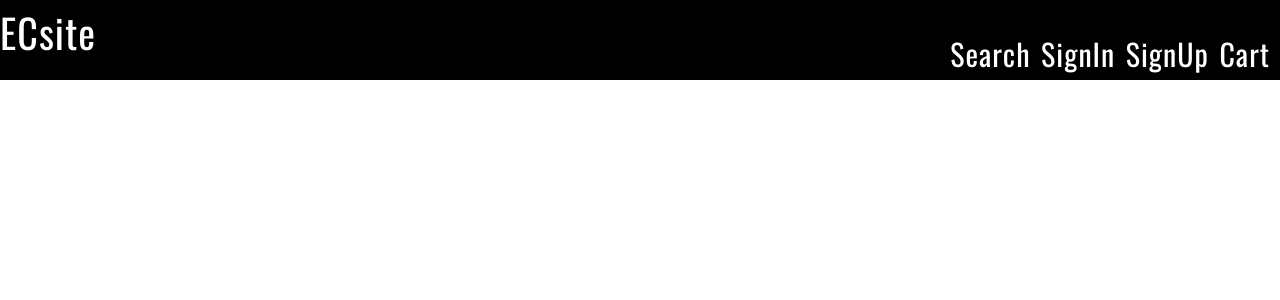
Repository: Kazuho-Komagamine/ecsite
Page: http://localhost/ecsite/header.jsp
The author's editor kept a copy of each file at every save. The page is drawn from the files as they stood at one save, then again after the next save.
The browser window is 1280 px wide. The pictures show the whole page.
The page is served by Tomcat 9. Nobody is signed in. The application's start-up code is not run.

Above is the page before, as saved 2018-07-19 08:36:31.

After the next save:
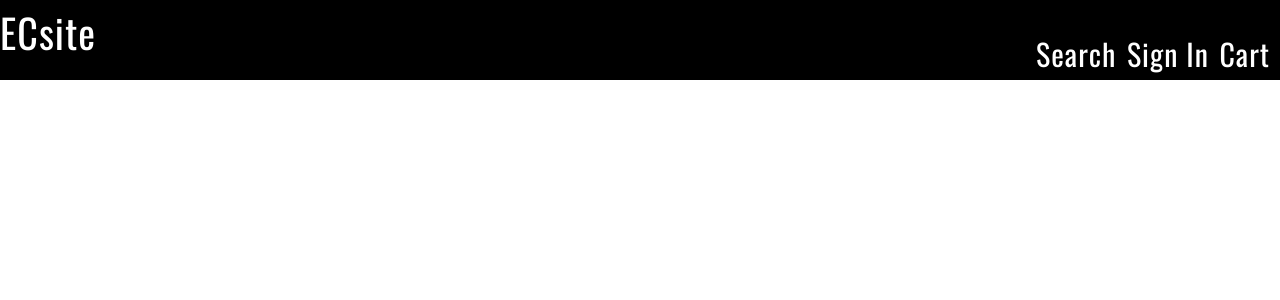
Saved 29 s later.
--- a/ecsite/WebContent/header.jsp
+++ b/ecsite/WebContent/header.jsp
@@ -18,8 +18,7 @@
         <div id="header_menu">
             <ul>
                 <li>Search</li>
-                <li>SignIn</li>
-                <li>SignUp</li>
+                <li>Sign In</li>
                 <li>Cart</li>
             </ul>
         </div>
